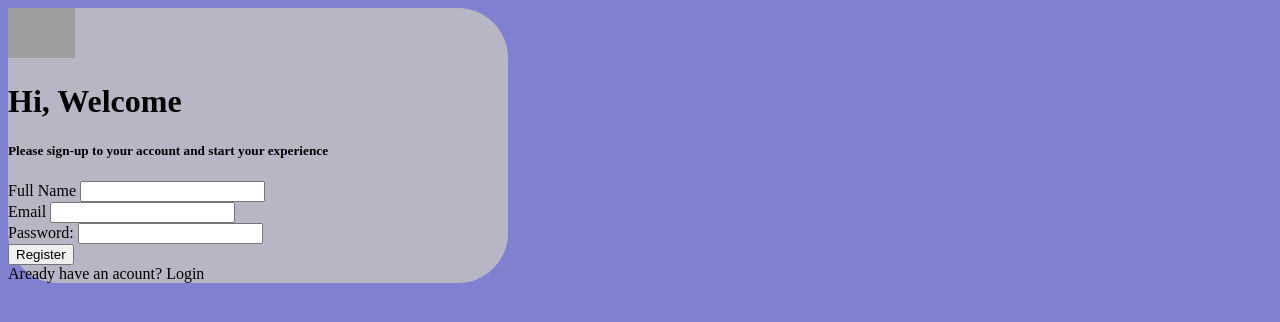
Repository: KingBoyMaylow/movie-task
Page: index.html
The author's editor kept a copy of each file at every save. The page is drawn from the files as they stood at one save, then again after the next save.
The browser window is 1280 px wide. The pictures show the whole page.
Pictures or frames that could not be fetched are drawn as grey boxes.

Above is the page before, as saved 2024-05-18 17:00:19.

After the next save:
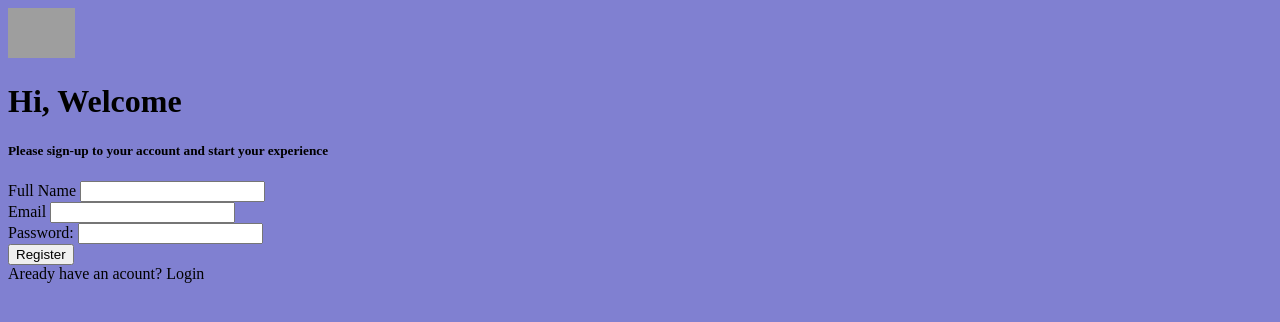
Saved 4 s later.
--- a/html.css
+++ b/html.css
@@ -4,7 +4,7 @@ body{
 .sign-up-div{
     background-color: rgb(182, 182, 197);
     width: 500px;
-    display: contents c;
+    display: contents ;
     border-radius: 50px;
 }
 img{
